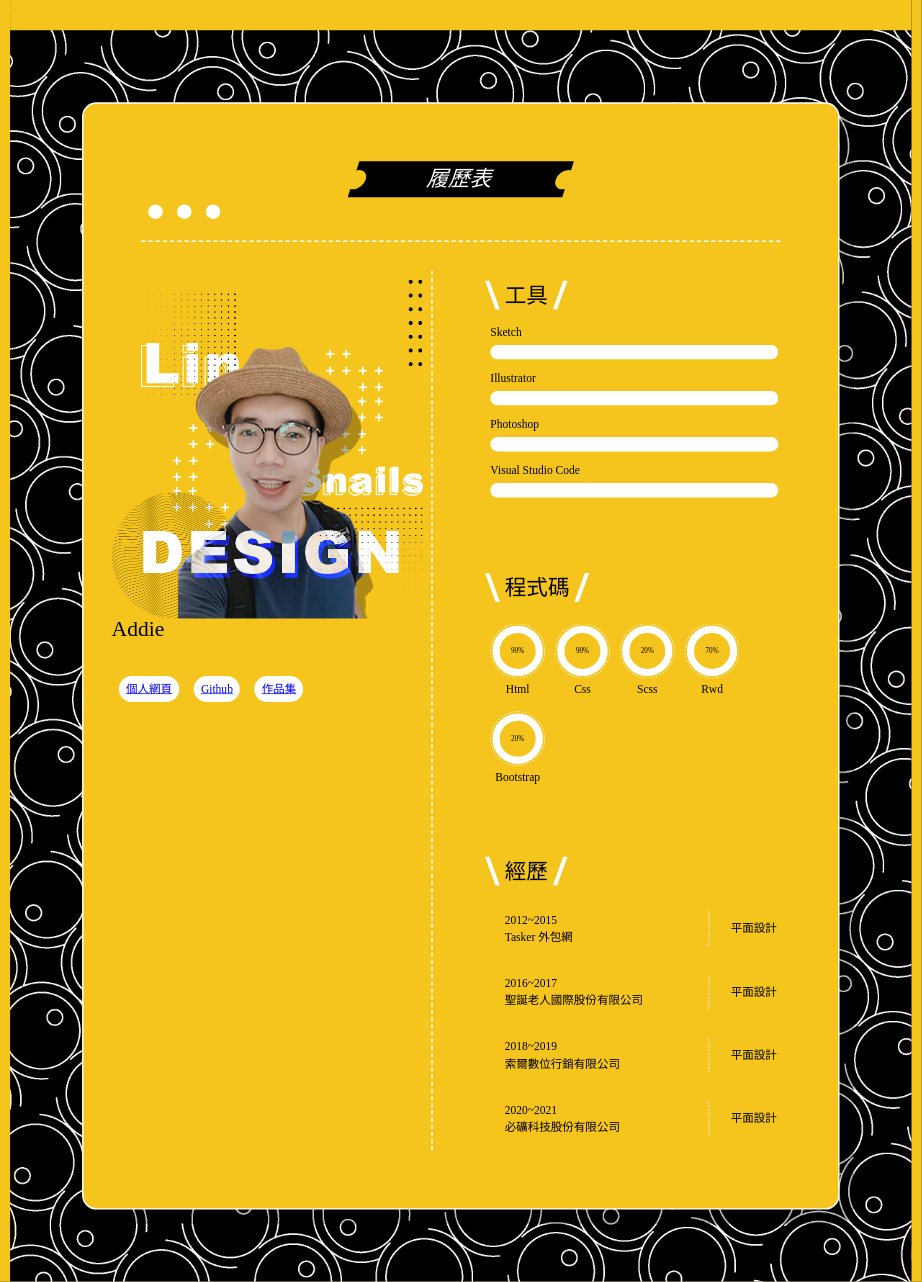
Repository: addie1988/resume
Page: index.html
An editor plug-in stored every save of this project. The page is shown before and after the next save, followed by the edit.
The browser window is 1280 px wide. The pictures show the whole page, at 72% of full size.

Above is the page before, as saved 2021-11-24 11:51:15.
Not found: js/style.js

After the next save:
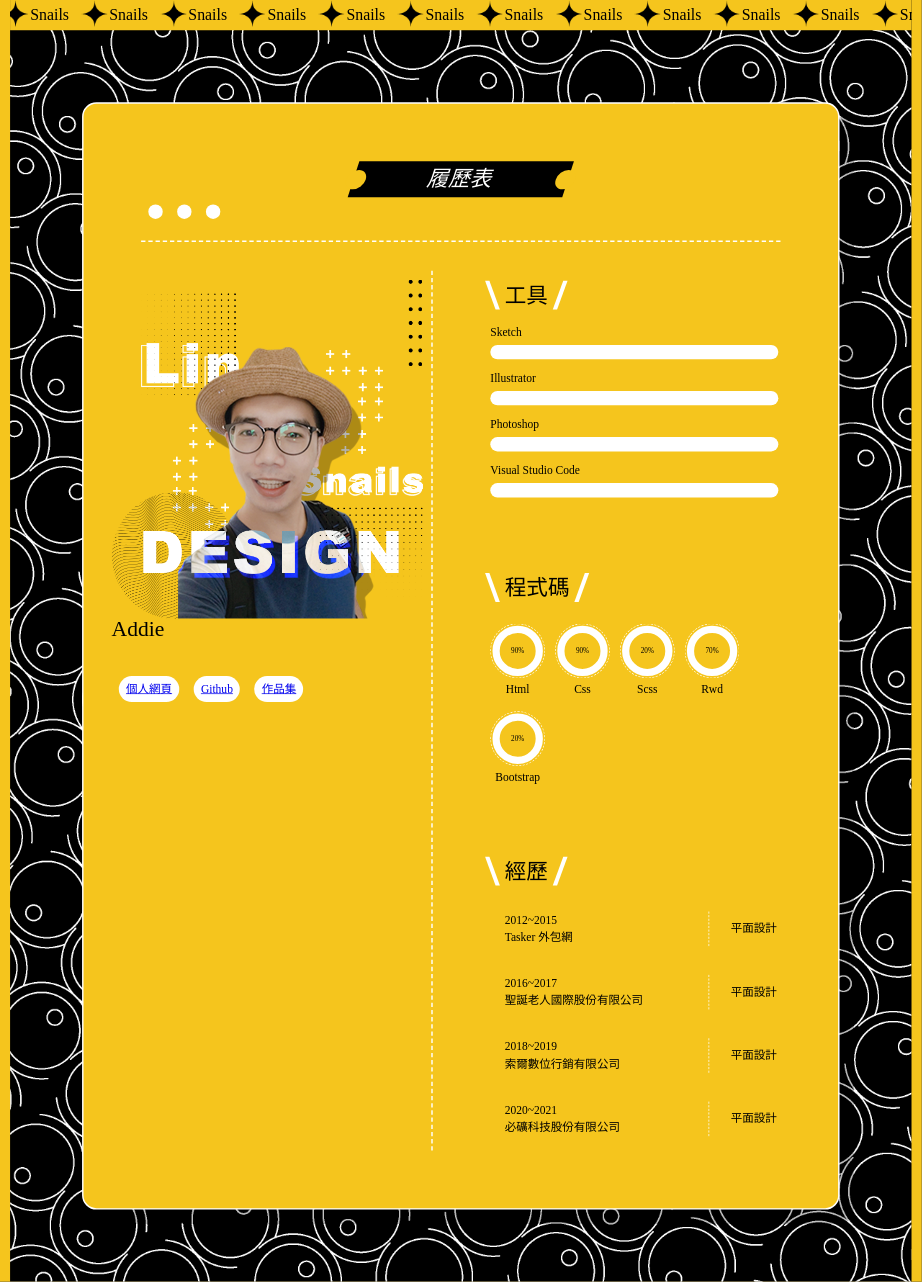
Saved 45 s later.
--- a/css/style.css
+++ b/css/style.css
@@ -164,7 +164,7 @@ table {
   display: flex;
   overflow: hidden;
   background-color: var(--background-color);
-  background-size: cover;
+  background-position: center;
 }
 
 .Carousel_content ul li {
@@ -179,18 +179,18 @@ table {
 
 @keyframes Carousel_content_move {
     0% {
-        transform: translateX(1920px);
-        -webkit-transform: translateX(1920px);
-        -moz-transform: translateX(1920px);
-        -ms-transform: translateX(1920px);
-        -o-transform: translateX(1920px);
+        transform: translateX(0px);
+        -webkit-transform: translateX(0px);
+        -moz-transform: translateX(0px);
+        -ms-transform: translateX(0px);
+        -o-transform: translateX(0px);
 }
 1000% {
-    transform: translateX(0px);
-    -webkit-transform: translateX(0px);
-    -moz-transform: translateX(0px);
-    -ms-transform: translateX(0px);
-    -o-transform: translateX(0px);
+    transform: translateX(3400px);
+    -webkit-transform: translateX(3400px);
+    -moz-transform: translateX(3400px);
+    -ms-transform: translateX(3400px);
+    -o-transform: translateX(3400px);
 }
 }
 
